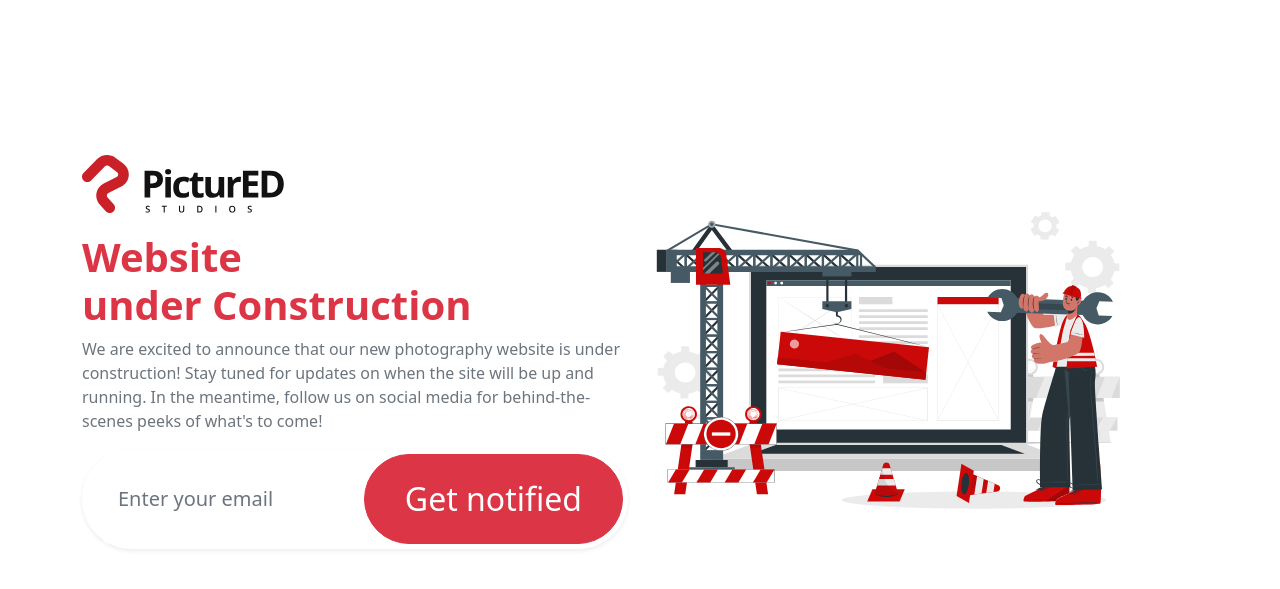
Repository: tHEO2k17/pictured
Page: /
The author's editor kept a copy of each file at every save. The page is drawn from the files as they stood at one save, then again after the next save.
The browser window is 1280 px wide. The pictures show the whole page.
The project was rebuilt for these pictures with package versions that can differ from the ones it lists, and the page was loaded fresh each time.

Above is the page before, as saved 2022-09-14 14:33:41.

After the next save:
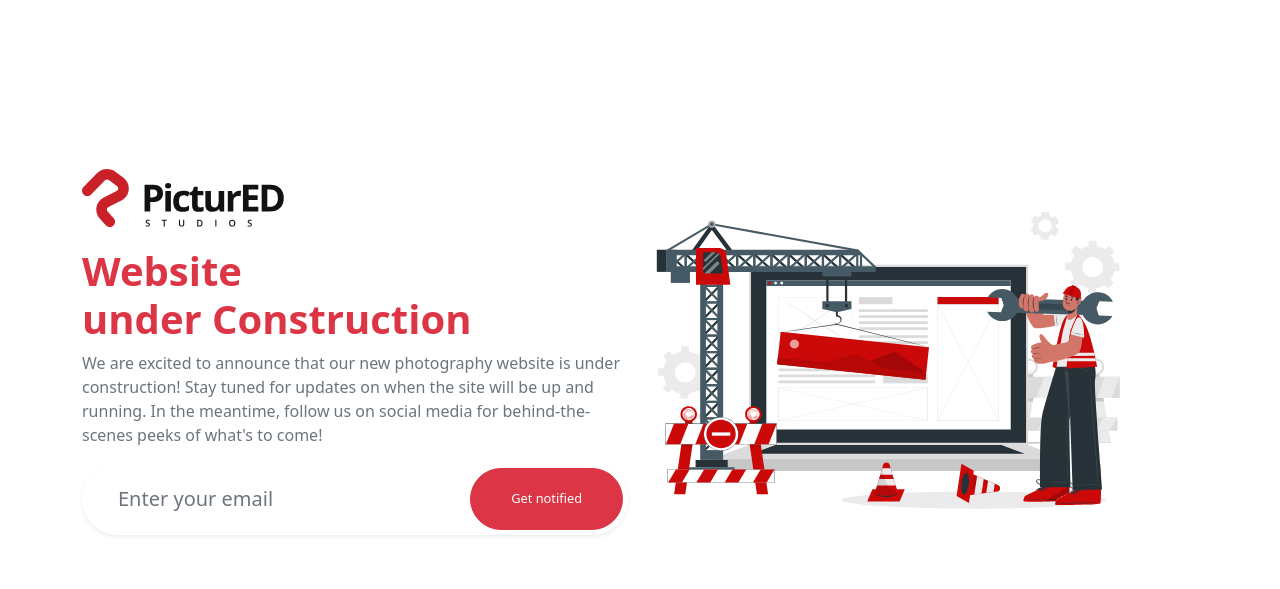
Saved 6 s later.
--- a/src/index.scss
+++ b/src/index.scss
@@ -9,7 +9,7 @@
 .input-group > :not(:first-child):not(.dropdown-menu):not(.valid-tooltip):not(.valid-feedback):not(.invalid-tooltip):not(.invalid-feedback) {
   margin-left: 20px;
   border-radius: 50px;
-  font-size: 2em;
+  font-size: .8em;
   padding: 20px 40px 20px 40px ;
 }
 
